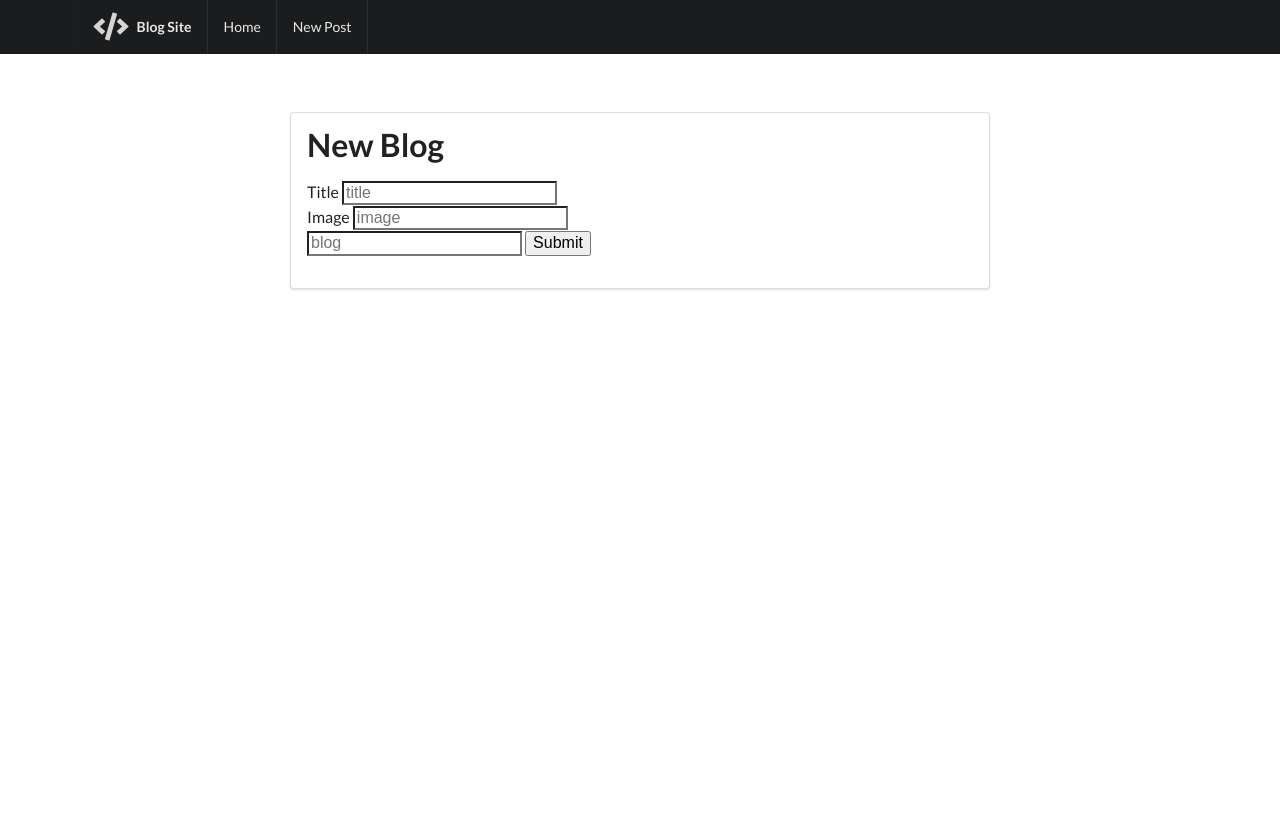
Repository: leandrobellini/Web-Developer-Bootcamp-Udemy
Page: http://localhost/blogs/new
The author's editor kept a record of every edit. The page is drawn from the files as they stood at one moment, then again after the next edit.
The browser window is 1280 px wide. The pictures show the whole page.
Some web libraries are served in a nearby version. The page is served by the project's Node server (RESTfulBlog/app.js).

Above is the page before.

After the next edit:
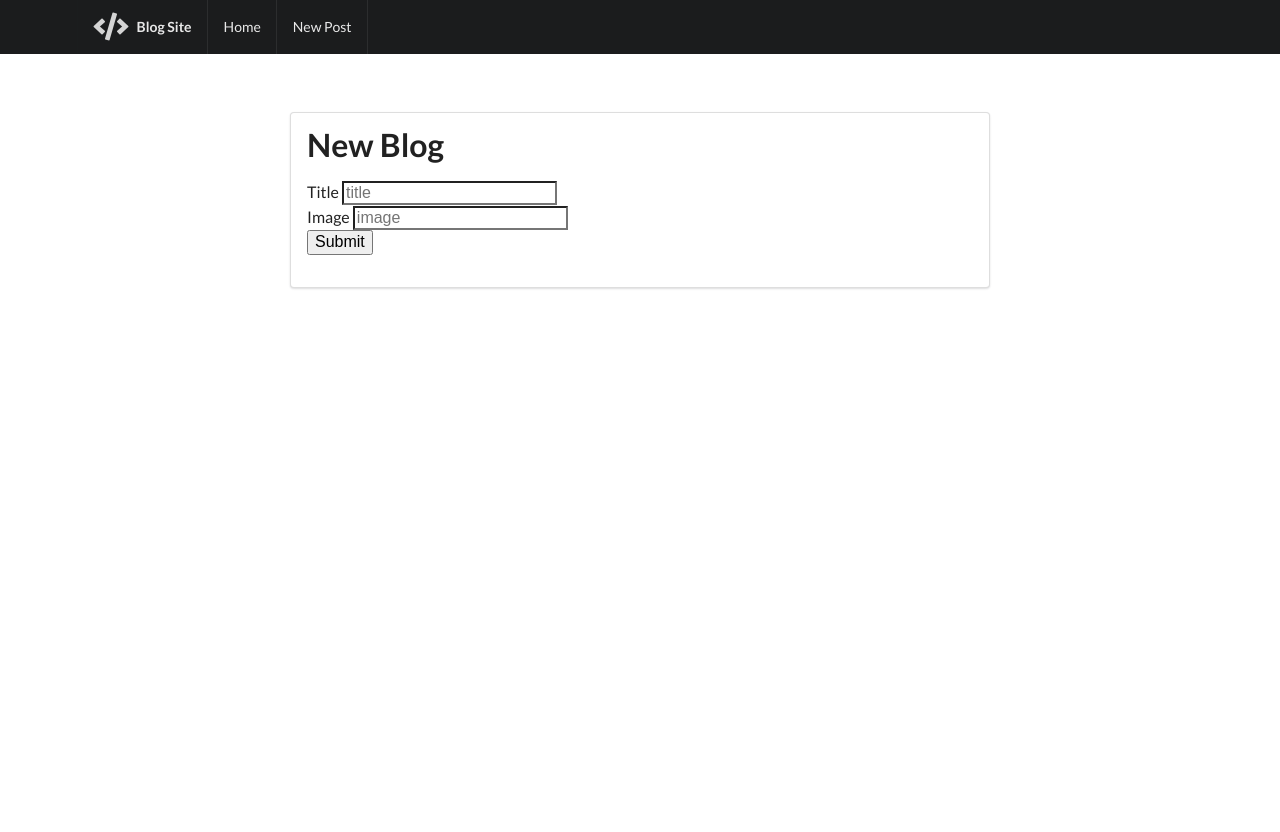
The edit:
--- a/29. RESTful Routing/workspace/RESTfulBlog/views/new.ejs
+++ b/29. RESTful Routing/workspace/RESTfulBlog/views/new.ejs
@@ -15,8 +15,6 @@
             <label></label>
         </div>
 
-
-        <input type="text" name="blog[body]" placeholder="blog">
         <input type="submit">
     </form>
 </div>
